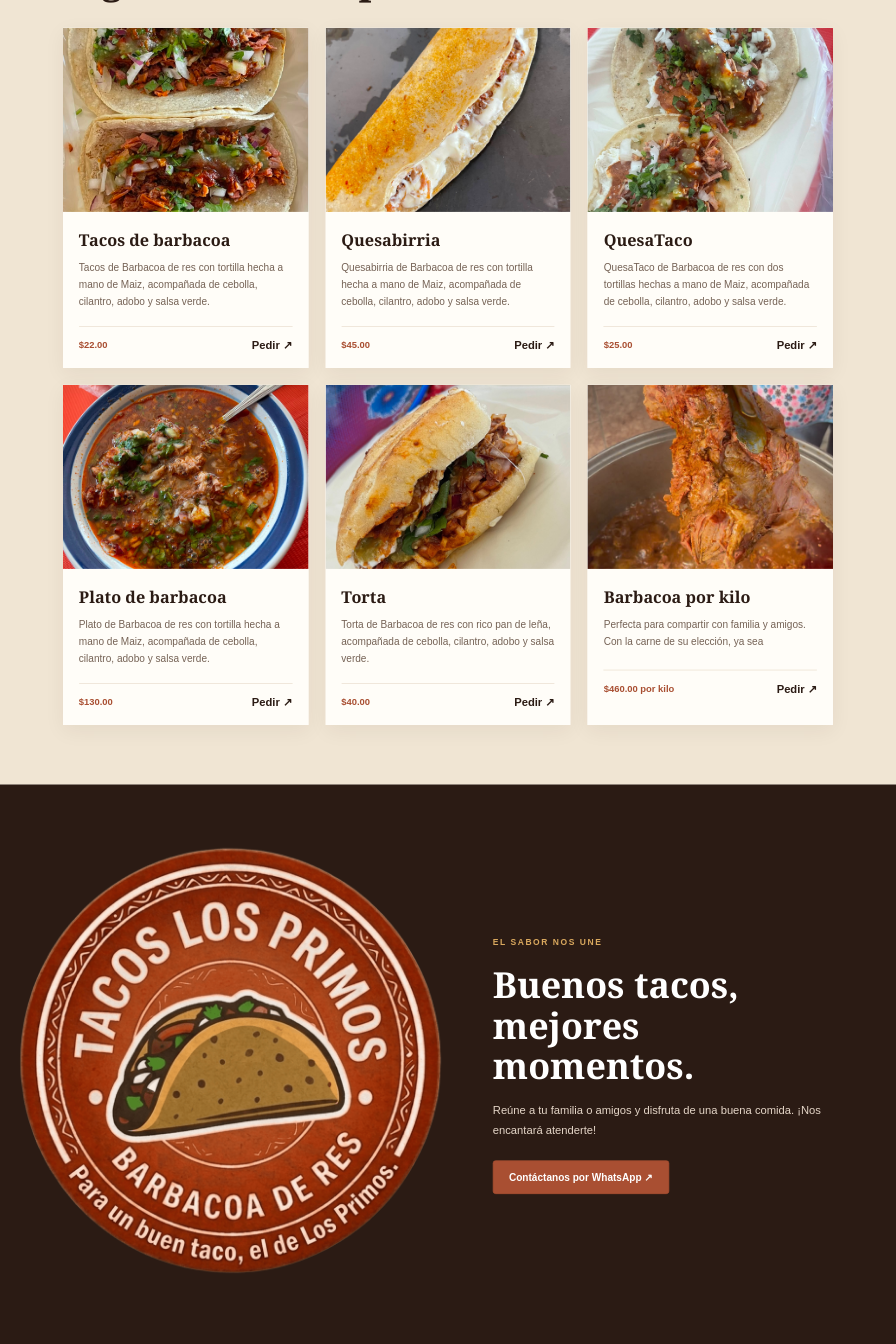
Repository: rafaelsilva2k/TacoslosPrimos-landingP
Page: /
These files come from the project's save history. The page is drawn as it stood at one moment and after the next save; the edit follows.
The browser window is 1280 px wide. The pictures show the part of the page from y = 1364 to 3284 px (the page is 4126 px tall), at 70% of full size.
The project was rebuilt for these pictures with package versions that can differ from the ones it lists, and the page was loaded fresh each time. Also part of the build but not shown: vite.config.js.

Above is the page before, as saved 2026-10-23 11:52:59.

### index.html

<!doctype html>
<html lang="es-MX">
  <head>
    <meta charset="UTF-8" />
    <meta name="viewport" content="width=device-width, initial-scale=1.0" />
    <meta
      name="description"
      content="Disfruta deliciosos tacos de barbacoa de res en Morelia, Michoacán. Consulta nuestro menú y haz tu pedido por WhatsApp."
    />
    <meta name="theme-color" content="#2b1b14" />
    <title>Tacos Los Primos | Barbacoa de res en Morelia</title>
  </head>
  <body>
    <div id="root"></div>
    <script type="module" src="/src/main.jsx"></script>
  </body>
</html>

### src/index.css

* {
  box-sizing: border-box;
}

html {
  scroll-behavior: smooth;
  scroll-padding-top: 20px;
}

body {
  margin: 0;
  min-width: 320px;
  font-family: Arial, Helvetica, sans-serif;
  background: #faf4e9;
  color: #38271d;
  -webkit-font-smoothing: antialiased;
}

button,
a {
  -webkit-tap-highlight-color: transparent;
}

img {
  max-width: 100%;
}

::selection {
  background: #a94f32;
  color: white;
}

### src/App.jsx

import "./App.css";

const NEGOCIO = {
  nombre: "TACOS LOS PRIMOS",
  lema: "Barbacoa de res estilo Tierra Caliente",
  ciudad: "Morelia, Michoacán",
  telefonoWhatsApp: "524531285884",
  direccion: "Sobre Avenida Amalia Solorzano, Frente a Primaria Ignacio Manuel Altamirano, Morelia, Michoacán",
  horario: "Lunes a Domingo: 8:00 AM - 12:40 PM",
};

const menu = [
  {
    nombre: "Tacos de barbacoa",
    descripcion:
      "Tacos de Barbacoa de res con tortilla hecha a mano de Maiz, acompañada de cebolla, cilantro, adobo y salsa verde.",
    imagen: "src/assets/tacos.png",
    precio: "$22.00",
  },
  {
    nombre: "Quesabirria",
    descripcion:
      "Quesabirria de Barbacoa de res con tortilla hecha a mano de Maiz, acompañada de cebolla, cilantro, adobo y salsa verde.",
    imagen: "src/assets/quesabirria.png",
    precio: "$45.00",
  },
  {
    nombre: "QuesaTaco",
    descripcion:
      "QuesaTaco de Barbacoa de res con dos tortillas hechas a mano de Maiz, acompañada de cebolla, cilantro, adobo y salsa verde.",
    imagen: "src/assets/quesataco.png",
    precio: "$25.00",
  },
  {
    nombre: "Plato de barbacoa",
    descripcion:
      "Plato de Barbacoa de res con tortilla hecha a mano de Maiz, acompañada de cebolla, cilantro, adobo y salsa verde.",
    imagen: "src/assets/plato.png",
    precio: "$130.00",
  },
  {
    nombre: "Torta",
    descripcion:
      "Torta de Barbacoa de res con rico pan de leña, acompañada de cebolla, cilantro, adobo y salsa verde.",
    imagen: "src/assets/torta.png",
    precio: "$40.00",
  },
  {
    nombre: "Barbacoa por kilo",
    descripcion:
      "Perfecta para compartir con familia y amigos. Con la carne de su elección, ya sea ",
    imagen: "src/assets/porkilo.png",
    precio: "$460.00 por kilo",
  },
];

function crearMensaje(producto = "") {
  const mensaje = producto
    ? `Hola, quiero pedir ${producto}. ¿Me pueden dar información?`
    : `Hola, quiero conocer el menú de ${NEGOCIO.nombre}.`;

  return `https://wa.me/${NEGOCIO.telefonoWhatsApp}?text=${encodeURIComponent(
    mensaje
  )}`;
}

function App() {
  return (
    <>
      <header className="navbar">
        <a href="#inicio" className="marca">
          <img
            src="/src/assets/logo.png"
            alt={`Logotipo de ${NEGOCIO.nombre}`}
            className="logo"
          />
          <span>{NEGOCIO.nombre}</span>
        </a>

        <nav className="nav-links" aria-label="Navegación principal">
          <a href="#menu">Menú</a>
          <a href="#nosotros">Nosotros</a>
          <a href="#ubicacion">Ubicación</a>
        </nav>

        <a
          className="boton boton-nav"
          href={crearMensaje()}
          target="_blank"
          rel="noreferrer"
        >
          Pedir por WhatsApp
        </a>
      </header>

      <main>
        <section className="hero" id="inicio">
          <div className="hero-contenido">
            <span className="etiqueta">
              SABOR TRADICIONAL · {NEGOCIO.ciudad.toUpperCase()}
            </span>

            <h1>
              El sabor de una buena
              <span> barbacoa.</span>
            </h1>

            <p>
              Ven a disfrutar nuestros tacos de barbacoa de res,
              preparados para compartir buenos momentos y mucho sabor.
            </p>

            <div className="hero-botones">
              <a
                className="boton"
                href={crearMensaje()}
                target="_blank"
                rel="noreferrer"
              >
                Haz tu pedido <span aria-hidden="true">↗</span>
              </a>

              <a className="boton boton-secundario" href="#menu">
                Conoce nuestro menú
              </a>
            </div>
          </div>

          <div className="hero-pie">
            <span>BARBACOA DE RES</span>
            <span>HECHA PARA COMPARTIR</span>
          </div>
        </section>

        <section className="introduccion" id="nosotros">
          <span className="etiqueta etiqueta-oscura">
            BIENVENIDOS A {NEGOCIO.nombre}
          </span>

          <h2>{NEGOCIO.lema}.</h2>

          <p>
            Nos encanta compartir el sabor de la barbacoa de res.
            Queremos que cada visita sea una buena experiencia,
            desde el primer taco hasta el último bocado.
          </p>
        </section>

        <section className="seccion-menu" id="menu">
          <div className="encabezado-seccion">
            <div>
              <span className="etiqueta etiqueta-oscura">
                RECIÉN PREPARADO
              </span>
              <h2>Algo bueno te espera.</h2>
            </div>

            <p>
              Descubre nuestros favoritos y encuentra el
              acompañamiento perfecto.
            </p>
          </div>

          <div className="menu-grid">
            {menu.map((producto) => (
              <article className="producto" key={producto.nombre}>
                <div className="producto-imagen">
                  <img
                    src={producto.imagen}
                    alt={producto.nombre}
                    loading="lazy"
                  />
                </div>

                <div className="producto-info">
                  <h3>{producto.nombre}</h3>
                  <p>{producto.descripcion}</p>

                  <div className="producto-pie">
                    <span>{producto.precio}</span>
                    <a
                      href={crearMensaje(producto.nombre)}
                      target="_blank"
                      rel="noreferrer"
                      aria-label={`Pedir información sobre ${producto.nombre}`}
                    >
                      Pedir ↗
                    </a>
                  </div>
                </div>
              </article>
            ))}
          </div>
        </section>

        <section className="destacado">
          <div className="destacado-imagen">
            <img
              src="/src/assets/logo.png"
              alt={`Conoce ${NEGOCIO.nombre}`}
              loading="lazy"
            />
          </div>

          <div className="destacado-texto">
            <span className="etiqueta">
              EL SABOR NOS UNE
            </span>

            <h2>Buenos tacos, mejores momentos.</h2>

            <p>
              Reúne a tu familia o amigos y disfruta de una buena
              comida. ¡Nos encantará atenderte!
            </p>

            <a
              className="boton"
              href={crearMensaje()}
              target="_blank"
              rel="noreferrer"
            >
              Contáctanos por WhatsApp ↗
            </a>
          </div>
        </section>

        <section className="ubicacion" id="ubicacion">
          <span className="etiqueta etiqueta-oscura">
            ENCUÉNTRANOS
          </span>

          <h2>Te esperamos.</h2>

          <p>
            <strong>Ubicación:</strong> {NEGOCIO.direccion}
          </p>

          <p>
            <strong>Horario:</strong> {NEGOCIO.horario}
          </p>

          <p>{NEGOCIO.ciudad}</p>

          <a
            className="boton"
            href="https://maps.google.com/?q=19.657452%2C-101.195000"
            target="_blank"
            rel="noreferrer"
          >
            Buscar en Google Maps ↗
          </a>

          <p>
          <a
            className="boton"
            href="https://oia.didiglobal.com/dlp/0SPnBE"
            target="_blank"
            rel="noreferrer"
          >
            Buscar en DIDI Food ↗
          </a>
          </p>


        </section>
      </main>

      <footer className="footer">
        <a href="#inicio" className="marca marca-footer">
          <img src="/src/assets/logo.png" alt="" className="logo" />
          <span>{NEGOCIO.nombre}</span>
        </a>

        <p>El sabor de la tradición, en cada taco.</p>

        <a
          href={crearMensaje()}
          target="_blank"
          rel="noreferrer"
        >
          Escríbenos por WhatsApp
        </a>

        <small>
          © {new Date().getFullYear()} {NEGOCIO.nombre}. Todos los derechos
          reservados.
        </small>
      </footer>

      <a
        className="whatsapp-flotante"
        href={crearMensaje()}
        target="_blank"
        rel="noreferrer"
        aria-label="Contactar por WhatsApp"
      >
        WhatsApp ↗
      </a>
    </>
  );
}

export default App;

### src/App.css

:root {
  --cafe: #2b1b14;
  --cafe-claro: #4b3022;
  --crema: #faf4e9;
  --terracota: #a94f32;
  --dorado: #d9a85e;
  --texto: #38271d;
  --blanco: #fffdf8;
}

#root {
  width: 100%;
}

.navbar {
  min-height: 82px;
  padding: 14px 6%;
  display: flex;
  align-items: center;
  justify-content: space-between;
  gap: 24px;
  background: var(--crema);
}

.marca {
  display: flex;
  align-items: center;
  gap: 12px;
  color: var(--cafe);
  font-weight: 900;
  font-size: 1.05rem;
  letter-spacing: 1px;
  text-decoration: none;
}

.logo {
  width: 48px;
  height: 48px;
  object-fit: contain;
}

.nav-links {
  display: flex;
  align-items: center;
  gap: 30px;
}

.nav-links a,
.footer > a:not(.marca) {
  color: var(--texto);
  text-decoration: none;
  font-size: 0.9rem;
}

.nav-links a:hover,
.footer > a:not(.marca):hover {
  color: var(--terracota);
}

.boton {
  display: inline-flex;
  align-items: center;
  justify-content: center;
  gap: 10px;
  min-height: 48px;
  padding: 13px 22px;
  border: 1px solid var(--terracota);
  border-radius: 4px;
  background: var(--terracota);
  color: white;
  font-weight: 700;
  font-size: 0.9rem;
  text-decoration: none;
  transition: background 0.2s, transform 0.2s;
}

.boton:hover {
  background: #853c26;
  transform: translateY(-2px);
}

.boton-nav {
  min-height: 42px;
  padding: 10px 16px;
}

.hero {
  position: relative;
  display: flex;
  align-items: center;
  min-height: 620px;
  padding: 90px 8% 105px;
  color: white;
  background:
    linear-gradient(
      90deg,
      rgba(31, 19, 12, 0.94) 0%,
      rgba(31, 19, 12, 0.75) 48%,
      rgba(31, 19, 12, 0.15) 100%
    ),
    url("/tacos-barbacoa.jpg") center 55% / cover no-repeat;
}

.hero-contenido {
  max-width: 680px;
}

.etiqueta {
  display: inline-block;
  margin-bottom: 22px;
  color: var(--dorado);
  font-size: 0.76rem;
  font-weight: 800;
  letter-spacing: 2.2px;
  line-height: 1.6;
}

.hero h1 {
  margin: 0;
  font-family: Georgia, "Times New Roman", serif;
  font-size: clamp(3rem, 6.4vw, 5.5rem);
  line-height: 1.04;
  letter-spacing: -2px;
}

.hero h1 span {
  display: block;
  color: var(--dorado);
}

.hero-contenido > p {
  max-width: 500px;
  margin: 25px 0 30px;
  color: #f0e5d8;
  font-size: 1.05rem;
  line-height: 1.9;
}

.hero-botones {
  display: flex;
  flex-wrap: wrap;
  gap: 12px;
}

.boton-secundario {
  border-color: rgba(255, 255, 255, 0.65);
  background: transparent;
}

.boton-secundario:hover {
  background: rgba(255, 255, 255, 0.12);
}

.hero-pie {
  position: absolute;
  right: 8%;
  bottom: 25px;
  left: 8%;
  display: flex;
  justify-content: space-between;
  gap: 20px;
  padding-top: 15px;
  border-top: 1px solid rgba(255, 255, 255, 0.35);
  color: #f4e3cd;
  font-size: 0.68rem;
  font-weight: 700;
  letter-spacing: 2px;
}

.introduccion {
  max-width: 850px;
  margin: 0 auto;
  padding: 100px 24px;
  text-align: center;
}

.etiqueta-oscura {
  color: var(--terracota);
}

.introduccion h2,
.encabezado-seccion h2,
.ubicacion h2 {
  margin: 0;
  color: var(--cafe);
  font-family: Georgia, "Times New Roman", serif;
  font-size: clamp(2.2rem, 4vw, 3.3rem);
  line-height: 1.15;
}

.introduccion > p {
  max-width: 650px;
  margin: 24px auto 0;
  color: #6d5a4d;
  font-size: 1.02rem;
  line-height: 1.9;
}

.seccion-menu {
  padding: 85px 7%;
  background: #f0e5d3;
}

.encabezado-seccion {
  display: flex;
  align-items: end;
  justify-content: space-between;
  gap: 30px;
  margin-bottom: 38px;
}

.encabezado-seccion .etiqueta {
  margin-bottom: 14px;
}

.encabezado-seccion > p {
  max-width: 330px;
  margin: 0 0 5px;
  color: #6d5a4d;
  line-height: 1.8;
}

.menu-grid {
  display: grid;
  grid-template-columns: repeat(3, minmax(0, 1fr));
  gap: 24px;
}

.producto {
  overflow: hidden;
  background: var(--blanco);
  box-shadow: 0 8px 28px rgba(43, 27, 20, 0.06);
}

.producto-imagen {
  overflow: hidden;
  aspect-ratio: 4 / 3;
  background: #e4d5c0;
}

.producto-imagen img,
.destacado-imagen img {
  width: 100%;
  height: 100%;
  display: block;
  object-fit: cover;
  transition: transform 0.4s;
}

.producto:hover .producto-imagen img {
  transform: scale(1.04);
}

.producto-info {
  padding: 23px;
}

.producto-info h3 {
  margin: 0 0 12px;
  color: var(--cafe);
  font-family: Georgia, "Times New Roman", serif;
  font-size: 1.45rem;
}

.producto-info > p {
  min-height: 55px;
  margin: 0;
  color: #756255;
  font-size: 0.9rem;
  line-height: 1.7;
}

.producto-pie {
  display: flex;
  align-items: center;
  justify-content: space-between;
  gap: 12px;
  margin-top: 22px;
  padding-top: 17px;
  border-top: 1px solid #eadfce;
}

.producto-pie span {
  color: var(--terracota);
  font-size: 0.84rem;
  font-weight: 800;
}

.producto-pie a {
  color: var(--cafe);
  font-weight: 800;
  text-decoration: none;
}

.destacado {
  display: grid;
  grid-template-columns: 1fr 1fr;
  min-height: 430px;
  background: var(--cafe);
  color: white;
}

.destacado-imagen {
  min-height: 400px;
  overflow: hidden;
}

.destacado-texto {
  display: flex;
  flex-direction: column;
  align-items: flex-start;
  justify-content: center;
  padding: 65px 10%;
}

.destacado-texto h2 {
  max-width: 450px;
  margin: 0;
  font-family: Georgia, "Times New Roman", serif;
  font-size: clamp(2.3rem, 4vw, 3.5rem);
  line-height: 1.12;
}

.destacado-texto > p {
  margin: 22px 0 28px;
  color: #e5d6c8;
  line-height: 1.8;
}

.ubicacion {
  padding: 100px 24px;
  background: var(--crema);
  text-align: center;
}

.ubicacion .etiqueta {
  margin-bottom: 14px;
}

.ubicacion h2 {
  margin-bottom: 25px;
}

.ubicacion > p {
  margin: 12px 0;
  color: #6d5a4d;
  line-height: 1.7;
}

.ubicacion .boton {
  margin-top: 20px;
}

.footer {
  display: flex;
  flex-direction: column;
  align-items: center;
  gap: 18px;
  padding: 45px 24px 30px;
  background: #21140f;
  color: #e7d9c9;
  text-align: center;
}

.marca-footer {
  color: white;
}

.footer > p {
  margin: 0;
  color: #cbb9a6;
}

.footer small {
  margin-top: 15px;
  color: #ad9986;
  font-size: 0.75rem;
}

.whatsapp-flotante {
  position: fixed;
  right: 22px;
  bottom: 22px;
  z-index: 10;
  padding: 14px 19px;
  border-radius: 50px;
  background: #218c53;
  color: white;
  font-size: 0.88rem;
  font-weight: 800;
  text-decoration: none;
  box-shadow: 0 5px 20px rgba(0, 0, 0, 0.2);
}

.whatsapp-flotante:hover {
  background: #176c3e;
}

@media (max-width: 850px) {
  .navbar {
    flex-wrap: wrap;
    padding: 14px 5%;
  }

  .nav-links {
    order: 3;
    width: 100%;
    justify-content: center;
    gap: 25px;
    padding-top: 12px;
    border-top: 1px solid #e8ddcd;
  }

  .hero {
    min-height: 570px;
    padding-right: 6%;
    padding-left: 6%;
    background-position: 58% center;
  }

  .menu-grid {
    grid-template-columns: repeat(2, minmax(0, 1fr));
  }

  .destacado-texto {
    padding: 45px 8%;
  }
}

@media (max-width: 560px) {
  .navbar {
    gap: 12px;
  }

  .marca {
    gap: 8px;
    font-size: 0.86rem;
  }

  .logo {
    width: 40px;
    height: 40px;
  }

  .boton-nav {
    padding: 10px 11px;
    font-size: 0.76rem;
  }

  .nav-links {
    gap: 19px;
  }

  .nav-links a {
    font-size: 0.82rem;
  }

  .hero {
    min-height: 600px;
    padding: 70px 6% 100px;
    background-position: 62% center;
  }

  .hero h1 {
    font-size: clamp(2.8rem, 12vw, 4rem);
    letter-spacing: -1.5px;
  }

  .hero-contenido > p {
    font-size: 0.96rem;
  }

  .hero-botones {
    align-items: stretch;
    flex-direction: column;
  }

  .hero-botones .boton {
    width: 100%;
    box-sizing: border-box;
  }

  .hero-pie {
    right: 6%;
    left: 6%;
    font-size: 0.55rem;
    letter-spacing: 1px;
  }

  .introduccion {
    padding: 75px 22px;
  }

  .seccion-menu {
    padding: 70px 6%;
  }

  .encabezado-seccion {
    align-items: flex-start;
    flex-direction: column;
    gap: 15px;
  }

  .menu-grid {
    grid-template-columns: 1fr;
    gap: 20px;
  }

  .producto-info > p {
    min-height: 0;
  }

  .destacado {
    grid-template-columns: 1fr;
  }

  .destacado-imagen {
    min-height: 280px;
    height: 280px;
  }

  .destacado-texto {
    padding: 55px 7%;
  }

  .ubicacion {
    padding: 75px 20px;
  }

  .whatsapp-flotante {
    right: 14px;
    bottom: 14px;
    padding: 13px 16px;
  }
}

Loaded but not shown: src/main.jsx (common file)

After the next save:
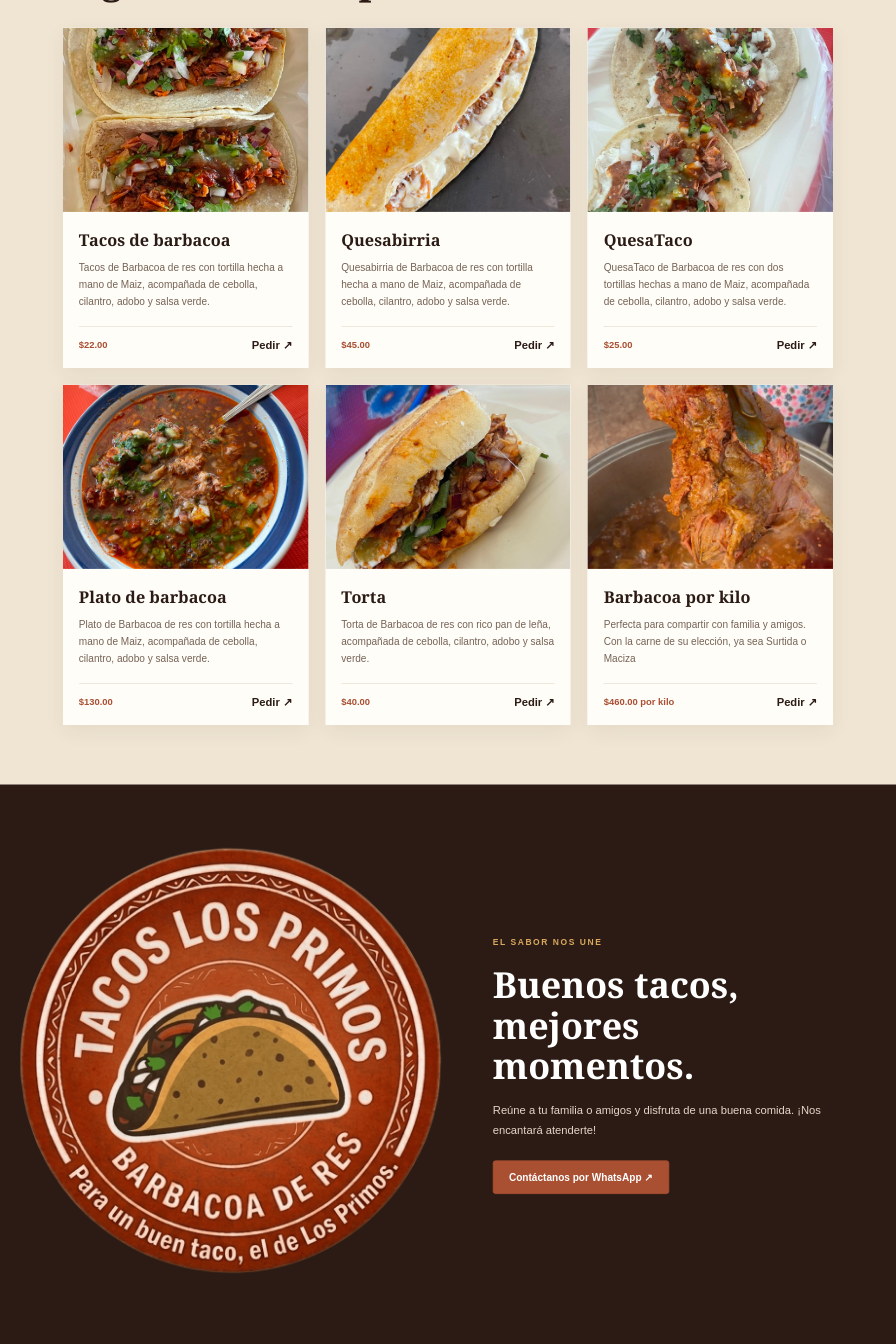
Saved 8 s later.
--- a/src/App.jsx
+++ b/src/App.jsx
@@ -49,7 +49,7 @@
   {
     nombre: "Barbacoa por kilo",
     descripcion:
-      "Perfecta para compartir con familia y amigos. Con la carne de su elección, ya sea ",
+      "Perfecta para compartir con familia y amigos. Con la carne de su elección, ya sea Surtida o Maciza",
     imagen: "src/assets/porkilo.png",
     precio: "$460.00 por kilo",
   },
